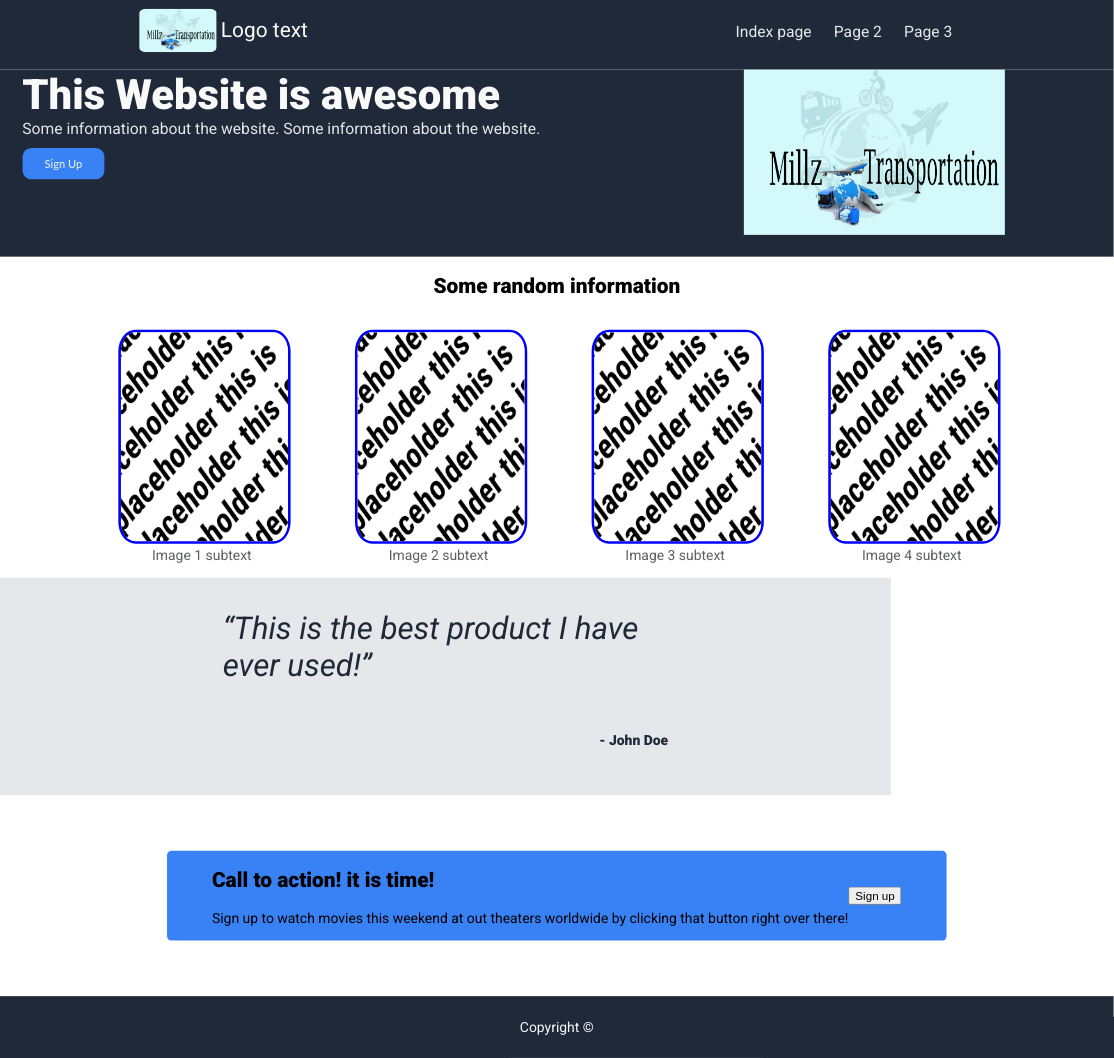
Repository: MikkyPrestige/css-assignment
Page: index.html
The author's editor kept a copy of each file at every save. The page is drawn from the files as they stood at one save, then again after the next save.
The browser window is 1280 px wide. The pictures show the whole page, at 87% of full size.

Above is the page before, as saved 2023-04-27 02:38:39.

### index.html
<!DOCTYPE html>
<html lang="en">

<head>
  <meta charset="UTF-8">
  <meta http-equiv="X-UA-Compatible" content="IE=edge">
  <meta name="viewport" content="width=device-width, initial-scale=1.0">
  <link rel="stylesheet" href="./styles/index.css">
  <title>Assignment</title>
</head>

<body>
  <header>
    <div class="header">
      <div class="header-logo">
        <img src="./images/TransportationIcon3.jpg" alt="Company logo">
        <p>Logo text</p>
      </div>
      <nav>
        <a class="header-link" href="./index.html">Index page</a>
        <a class="header-link" href="./pages/extraPage1.html">Page 2</a>
        <a class="header-link" href="./pages/extraPage2.html">Page 3</a>
      </nav>
    </div>
  </header>

  <main>
    <!-- Claimed by Ashley -->
    <div class="Section_1">
      <div class="Header_body">
        <div>
          <div class="Header_title">
            This Website is awesome
          </div>
          <div class="Header_text">
            Some information about the website. Some information about the website.
          </div>
          <button class="Header_btn">Sign Up</button>
        </div>
        <img class="headerImage" src="./images/TransportationIcon3.jpg" alt="icon" />
      </div>
    </div>

    <!-- Claimed by Owen -->
    <div id="Section2">
      <h2>Some random information</h2>
      <div class="flex-image-container">
        <figure class="main-image">
          <img src="./images/placeholder1.png" alt="placeholder">
          <figcaption>Image 1 subtext</figcaption>
        </figure>
        <figure class="main-image">
          <img src="./images/placeholder1.png" alt="placeholder">
          <figcaption>Image 2 subtext</figcaption>
        </figure>
        <figure class="main-image">
          <img src="./images/placeholder1.png" alt="placeholder">
          <figcaption>Image 3 subtext</figcaption>
        </figure>
        <figure class="main-image">
          <img src="./images/placeholder1.png" alt="placeholder">
          <figcaption>Image 4 subtext</figcaption>
        </figure>
      </div>

    </div>

    <!-- Claimed by Alex -->
    <section class="section-3">
      <Selection class="review-slider">
        <div class="review-container">
          <div class="review">
            <q class="review-text">This is the best product I have ever used!</q>
            <p class="review-author">- John Doe</p>
          </div>

          <div class="review">
            <q class="review-text">I love this product! It has made my life so much easier.</q>
            <p class="review-author">- Jane Smith</p>
          </div>

          <div class="review">
            <q class="review-text">I highly recommend this product to anyone.</q>
            <p class="review-author">- Tom Johnson</p>
          </div>

          <div class="review">
            <q class="review-text">This is the best product I have ever used!</q>
            <p class="review-author">- John Doe 2</p>
          </div>

          <div class="review">
            <q class="review-text">I love this product! It has made my life so much easier.</q>
            <p class="review-author">- Jane Smith 2</p>
          </div>

          <div class="review">
            <q class="review-text">I highly recommend this product to anyone.</q>
            <p class="review-author">- Tom Johnson 2</p>
          </div>
        </div>
      </Selection>
    </section>

    <section class="section4">
      <div class="section4-wrapper">
        <div class="section4-cta">
          <h2 class="section4-cta__title">Call to action! it is time!</h2>
          <p class="section4-cta__subtitle">Sign up to watch movies this weekend at out theaters worldwide by clicking
            that button right over there!
          </p>
        </div>
        <button class="section4-cta__btn">Sign up</button>
      </div>
    </section>
  </main>

  <footer>
    <div class="footer">
      <p>Copyright &copy</p>
    </div>
  </footer>
</body>

</html>

### styles/index.css
@import url('https://fonts.googleapis.com/css2?family=Roboto:ital,wght@0,400;0,900;1,400&display=swap');

/*  CSS variables defined here and referenced using var(--varName).
    Note: name must have '--' prefix */
:root {
    --review-count: 6;
}

body {
	font-family: 'Roboto', sans-serif;
	margin: 0;
}

/* CSS for page header */
header {
	padding-top: 10px;
	padding-bottom: 20px;
	background-color: #1F2939;
}
.header {
    margin: auto;
    height: 50px;
    width: 75%;
	display: flex;
	justify-content: space-between;
}

@media (max-width: 800px) {
	.header {
		flex-direction: column;
		align-items: center;
        height: 100px;
	}
}

.header nav {
	width: 300px;
	display: flex;
	justify-content: space-evenly;
}

.header-logo {
	display: flex;
    height: 100%;
	align-items: center;
}

@media (max-width: 800px) {
	.header-logo {
        height: 65%;
	}
}

.header-logo img {
	height: 100%;
	border-radius: 10%;
}

.header-logo p {
	padding-left: 5px;
	font-size: 24px;
	color: #F9FAF8;
}

.header-link {
	font-size: 18px;
	color: #E5E7EB;
	align-self: center;
}

.header-link:link {
	text-decoration: none;
}

.header-link:visited {
	text-decoration: none;
}

.header-link:hover {
	text-decoration: underline;
}

.header-link:active {
	text-decoration:none;
}

/*Css for Section 1 of the index */

.Section_1{
	background-color: #1F2939;
	padding-left: 2%;
}

h1{
	font-size: 24px;
	color: #F9FAF8;
}

.Header_body{
	display: flex;
	justify-content: space-between;
	padding-bottom: 2%;
}

.Header_title{
	font-size: 48px;
	color: #F9FAF8;
	font-weight: 800;
}

.Header_text{
	font-size: 18px;
	color: #E5E7EB;
	padding-bottom: 2%
}

.Header_btn {
	padding: .8em 2em;
	border-radius: 10px;
	border: none;
	background-color: #3882F6;
	color: whitesmoke;
	font-family: 'Lato', sans-serif;
	font-size: .8em;
}

.headerImage{
	height: 190px;
	width: 300px;
	padding-right: 10%;
}

/* Css for Section 2 of the index */
#Section2 {
	text-align: center;
	width: 75%;
	margin: auto;
}

.flex-image-container {
	display: flex;
  flex-direction: row;
  flex-wrap: nowrap;
  justify-content: center;
  align-items: stretch;
  align-content: center;
}

@media (max-width: 800px) {
  .flex-image-container {
    flex-direction: column;
  }
}

.main-image {
	min-width: 20%;
}

.main-image img {
	width: 100%;
	height: 15em;
	border: 3px blue;
	border-style: solid;
	border-radius: 10%;
}

.main-image figcaption{
	color: #5e5f61;
}

/* CSS for section 3 of index */
.section-3 {
    height: 250px;
		width: 80%;
	background-color: #E5E7EB;
    display: flex;
    justify-content: center;
}

/* Automatic slideshow */
.review-slider {
    position: relative;
    margin: auto;
    width: 50%;
    height: 100%;
    overflow: hidden;
}

@media (max-width: 800px) {
    .review-slider {
      width: 75%;
    }
  }

.review-slider .review-container {
    position: absolute;
    width: calc(100% * var(--review-count));
    height: 100%;
    top: 0;
    left: 0;
    overflow: hidden;
    animation: slider 26s infinite;
}

.review-slider .review-container .review {
    position: relative;
    width: calc(100% / var(--review-count));
    height: 100%;
    display: flex;
    flex-direction: column;
    justify-content: space-evenly;
    float: left;
    overflow: hidden
}

.review-text {
    font-size: 36px;
    font-weight: 300;
    font-style: italic;
    color: #1F2937;
}

.review-author {
    font-weight: bold;
    color: #1F2937;
    align-self: end;
}

.section4 {
		height: 100%;
		width: 100%;
		padding: 4rem 0;
}

.section4-wrapper {
		display: flex;
		justify-content: center;
		align-items: center;
		width: 70%;
		background-color: #3882F6;
		margin: 0 auto;
		border-radius: 5px;
		-webkit-border-radius: 5px;
		-moz-border-radius: 5px;
		-ms-border-radius: 5px;
		-o-border-radius: 5px;
}

@keyframes slider {
    0%, 25%, 100%{left: 0}

    30%, 55%{left: -100%}

    60%, 85%{left: -200%}
}

/* CSS for page footer */
footer {
    padding-top: 10px;
    padding-bottom: 10px;
	color: #F9FAF8;
	background-color: #1F2939;
}

.footer {
    margin: auto;
    width: 75%;
    text-align: center;
}

After the next save:
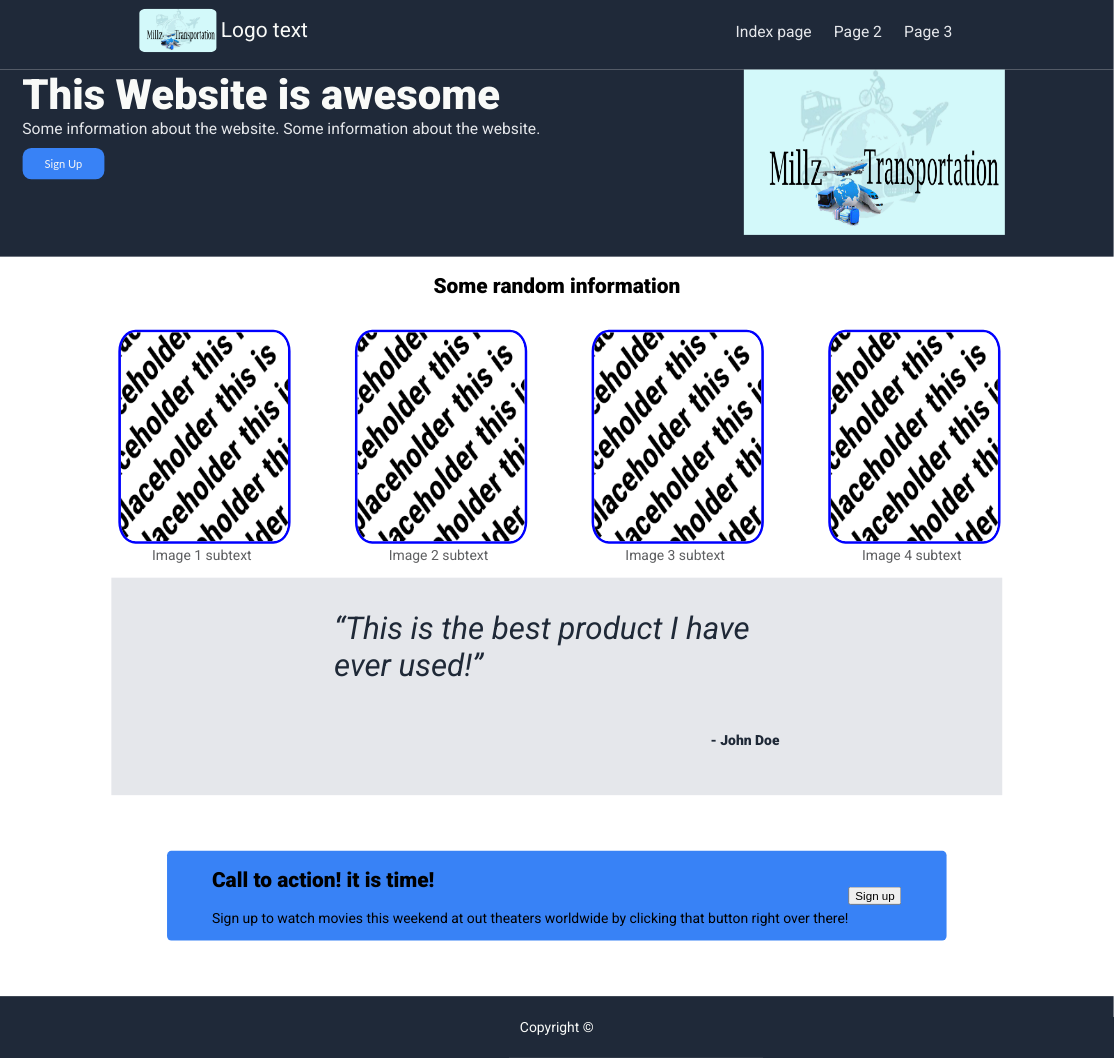
Saved 11 s later.
--- a/styles/index.css
+++ b/styles/index.css
@@ -175,6 +175,8 @@
 	background-color: #E5E7EB;
     display: flex;
     justify-content: center;
+		align-items: center;
+		margin: auto;
 }
 
 /* Automatic slideshow */

After the save that followed:
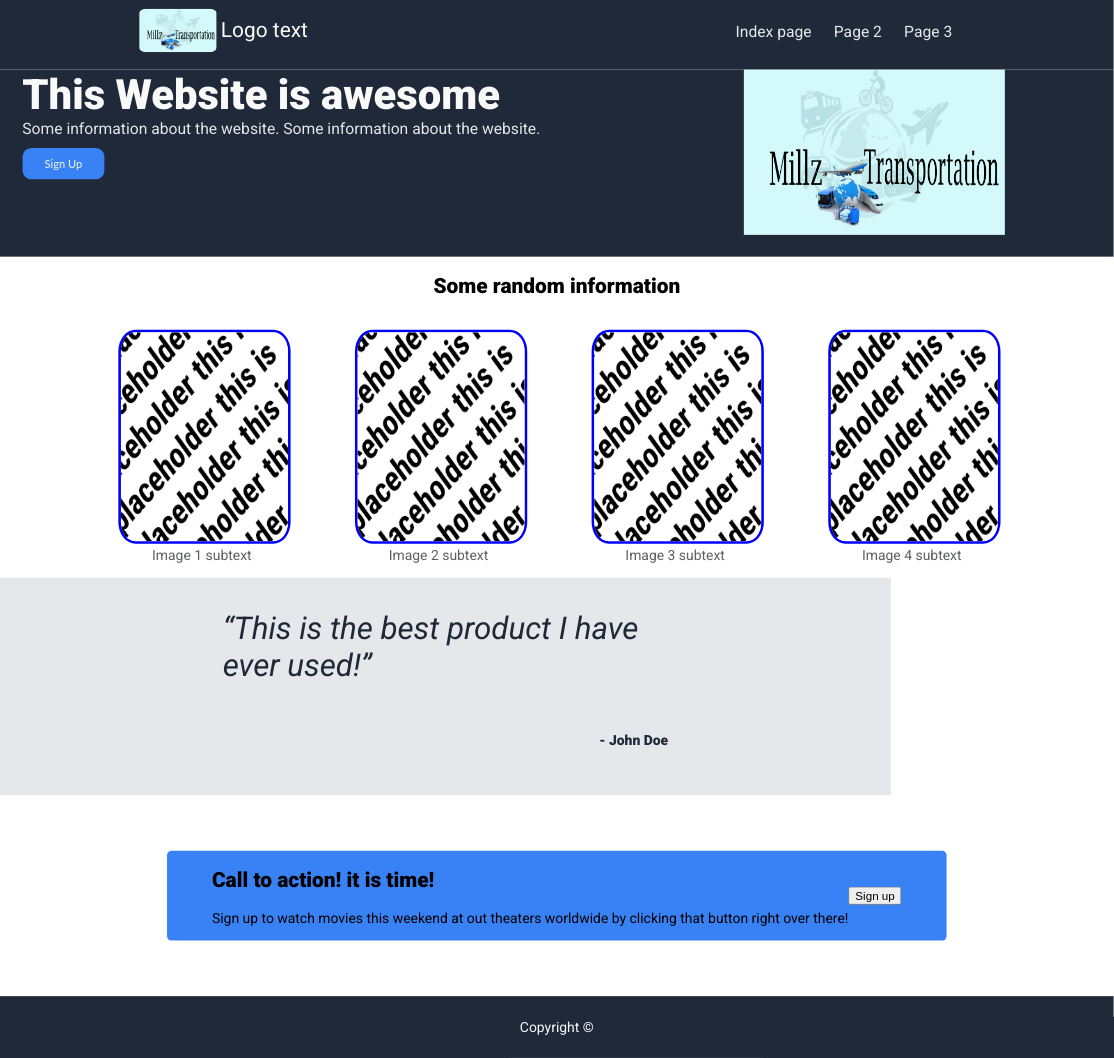
Saved 5 s later.
--- a/styles/index.css
+++ b/styles/index.css
@@ -176,7 +176,7 @@
     display: flex;
     justify-content: center;
 		align-items: center;
-		margin: auto;
+		/* margin: auto; */
 }
 
 /* Automatic slideshow */
